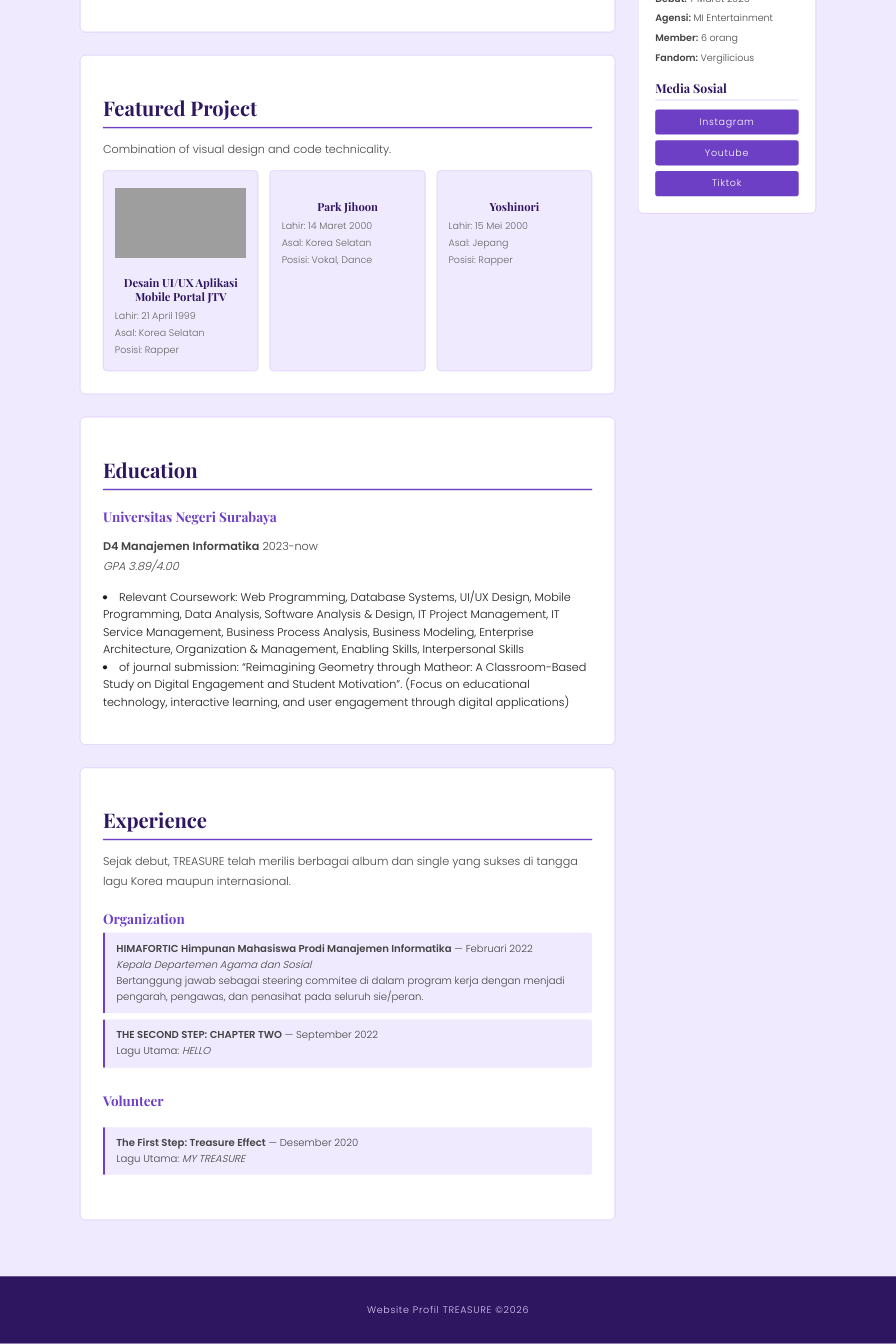
Repository: VergiMutiaRahmasyani/Website-Portofolio
Page: index.html
The author's editor kept a copy of each file at every save. The page is drawn from the files as they stood at one save, then again after the next save.
The browser window is 1280 px wide. The pictures show the part of the page from y = 755 to 2675 px (the page is 2675 px tall before and 2667 px after), at 70% of full size.
Pictures or frames that could not be fetched are drawn as grey boxes.

Above is the page before, as saved 2026-03-07 13:56:46.

### index.html
<!DOCTYPE html>
<html>
    <head>
        <meta charset="utf-8" />
        <meta name="viewport" content="width=device-width, initial-scale=1.0" />
        <title>Portofolio Vergi</title>

        <!-- My Own CSS -->
        <link rel="stylesheet" href="css/style.css" />

        <!-- Google Fonts -->
        <link rel="preconnect" href="https://fonts.googleapis.com">
        <link rel="preconnect" href="https://fonts.gstatic.com" crossorigin>
        <link href="https://fonts.googleapis.com/css2?family=Playfair+Display:wght@400;700&family=Poppins:wght@300;400;600&display=swap" rel="stylesheet">
    </head>

    <body>

        <!-- HEADER -->
        <header class="site-header">

            <!-- NAVBAR -->
            <div class="navbar">
                <nav class="nav-list">
                    <ul>
                        <li><a href="#About">About Me</a></li>
                        <li><a href="#Work">Work</a></li>
                        <li><a href="Project">Project</a></li>
                        <li><a href="#Education">Education</a></li>
                        <li><a href="Organization">Organization</a></li>
                        <li><a href="https://drive.google.com/file/d/13-ep7ykiG-k7d2KfzBZSPx55XoqW1qHe/view?usp=sharing" target="_blank"> Resume</a></li>
                    </ul>
                </nav>
            </div>

            <div class="hero">
                <div class="hero-overlay">
                    <h1>Welcome, <br> To My Portofolio!</h1>
                </div>
            </div>

        </header>

        <!-- MAIN -->
        <main>
            <div class="content-wrapper">
                <div id="content">
                    <article id="About">
                        <h2>About Me</h2>
                        <p>
                            Saya seorang mahasiswa semester 6 Program Studi Manajemen Informatika di Universitas Negeri Surabaya, yang memiliki rasa
                            ingin tahu dan semangat yang besar. Dengan memiliki peminatan pada UI/UX Design dan Web Development,
                            saya telah berpengalaman dalam menciptakan solusi digital yang user-friendly dan berdampak. Melalui
                            kombinasi hard skills dan soft skills yang saya miliki, saya siap untuk beradaptasi dan memberikan kontribusi
                            nyata pada setiap proyek yang dijalankan.
                        </p>
                    </article>

                    <article id="Project">
                        <h2>Featured Project</h2>
                        <p>
                            Combination of visual design and code technicality.
                        </p>

                        <div class="project-list">
                            <div class="project-card">
                                <img src="D:\STUPEN\celerates\SUBMISSION\Web Portofolio\img\portaljtv.png" alt="Portal JTV" class="project-img" />
                                <h3>Desain UI/UX Aplikasi Mobile Portal JTV</h3>
                                <p>Lahir: 21 April 1999</p>
                                <p>Asal: Korea Selatan</p>
                                <p>Posisi: Rapper</p>
                            </div>
                            <div class="project-card">
                                <h3>Park Jihoon</h3>
                                <p>Lahir: 14 Maret 2000</p>
                                <p>Asal: Korea Selatan</p>
                                <p>Posisi: Vokal, Dance</p>
                            </div>
                            <div class="project-card">
                                <h3>Yoshinori</h3>
                                <p>Lahir: 15 Mei 2000</p>
                                <p>Asal: Jepang</p>
                                <p>Posisi: Rapper</p>
                            </div>
                        </div>
                    </article>

                    <article >
                        <h2>Education</h2>
                        <h3>Universitas Negeri Surabaya</h3>
                        <p>
                            <strong>D4 Manajemen Informatika</strong>  2023-now
                            <br><em>GPA 3.89/4.00</em>
                            <br>
                        </p>
                        <p>
                            <li> Relevant Coursework: Web Programming, Database Systems, UI/UX Design, Mobile Programming, Data
                                Analysis, Software Analysis & Design, IT Project Management, IT Service Management, Business Process
                                Analysis, Business Modeling, Enterprise Architecture, Organization & Management, Enabling Skills,
                                Interpersonal Skills</li>
                            <li> of journal submission: “Reimagining Geometry through Matheor: A Classroom-Based Study on Digital
                                Engagement and Student Motivation”. (Focus on educational technology, interactive learning, and user
                                engagement through digital applications)</li>
                        </p>
                    </article>

                    <article id="pengalaman">
                        <h2>Experience</h2>
                        <p>
                            Sejak debut, TREASURE telah merilis berbagai album dan single yang sukses di tangga lagu Korea maupun internasional.
                        </p>

                        <h3> Organization </h3>
                        <ul class="pengalaman-list">
                            <li>
                                <strong>HIMAFORTIC Himpunan Mahasiswa Prodi Manajemen Informatika</strong> — Februari 2022
                                <br><em>Kepala Departemen Agama dan Sosial</em>
                                <br>Bertanggung jawab sebagai steering commitee di dalam program kerja dengan menjadi pengarah,
                                pengawas, dan penasihat  pada seluruh sie/peran.
                            </li>
                            <li>
                                <strong>THE SECOND STEP: CHAPTER TWO</strong> — September 2022
                                <br>Lagu Utama: <em>HELLO</em>
                            </li>


                        <h3>Volunteer</h3>
                        <ul class="pengalaman-list">
                            <li>
                                <strong>The First Step: Treasure Effect</strong> — Desember 2020
                                <br>Lagu Utama: <em>MY TREASURE</em>
                            </li>
                    </article>

                </div>

                <!-- ASIDE -->
                <aside>
                    <div class="aside-inner">
                        <h3>Info Singkat</h3>
                        <img src="img/vergi photo.jpeg" alt="Foto Vergi" class="aside-img" />
                        <ul class="aside-info">
                            <li><strong>Debut:</strong> 7 Maret 2026</li>
                            <li><strong>Agensi:</strong> MI Entertainment</li>
                            <li><strong>Member:</strong> 6 orang</li>
                            <li><strong>Fandom:</strong> Vergilicious</li>
                        </ul>

                        <h3>Media Sosial</h3>
                        <ul class="aside-social">
                            <li><a href="https://www.instagram.com/yg_treasure_official/" target="_blank">Instagram</a></li>
                            <li><a href="https://www.youtube.com/@TREASURE" target="_blank">Youtube</a></li>
                            <li><a href="https://tiktok.com/@yg_treasure_tiktok" target="_blank">Tiktok</a></li>
                        </ul>
                    </div>
                </aside>
            </div>

        </main>

        <!-- FOOTER -->
        <footer>
            <p>Website Profil TREASURE &copy;2026 </p>
        </footer>

    </body>
</html>

### css/style.css
*,
*::before,
*::after {
    box-sizing: border-box;
}

/* =====================
   PALET WARNA UNGU
   --ungu-gelap   : #2e1760  (navbar, footer)
   --ungu-utama   : #6c3fc5  (aksen utama)
   --ungu-sedang  : #9b6ee0  (hover, border)
   --ungu-muda    : #d8c8f5  (border ringan)
   --ungu-pucat   : #f0eaff  (background halaman)
   ===================== */

body {
    font-family: 'Poppins', sans-serif;
    font-weight: 300;
    background-color: #f0eaff;
    color: #1a1a1a;
    margin: 0;
}


/* =====================
   HEADER
   ===================== */

header.site-header {
    background-color: #2e1760;
    color: white;
}

/* NAVBAR */
header.site-header .navbar {
    padding: 1rem 2rem;
    position: fixed;
    top: 0;
    left: 0;
    right: 0;
    width: 100%;
    z-index: 999;
    background-color: #2e1760;
}

header.site-header .nav-list ul {
    list-style: none;
    padding: 0;
    margin: 0;

    display: flex;
    justify-content: center;
    gap: 2rem;
}

header.site-header .nav-list li a {
    text-decoration: none;
    color: #d8c8f5;
    font-size: 0.9rem;
    font-weight: 400;
    letter-spacing: 1px;
    transition: color 0.2s ease;
}

header.site-header .nav-list li a:hover {
    color: white;
}

/* HERO */
header.site-header .hero {
    position: relative;
    width: 100%;
    height: 370px;
    overflow: hidden;
    margin-top: 57px;
}

header.site-header .hero .hero-overlay {
    position: absolute;
    inset: 0;
    display: flex;
    align-items: center;
    justify-content: center;
}

header.site-header .hero .hero-overlay h1 {
    font-family: 'Playfair Display', serif;
    font-size: 5rem;
    letter-spacing: 10px;
    color: white;
    margin: 0;
    text-align: center;
}


/* =====================
   MAIN & LAYOUT
   ===================== */

main {
    max-width: 1100px;
    margin-inline: auto;
    padding: 2rem 1.5rem;
}

.content-wrapper {
    display: flex;
    gap: 2rem;
    align-items: flex-start;
}

#content {
    flex: 3;

    display: flex;
    flex-direction: column;
    gap: 2rem;
}


/* =====================
   ARTICLE
   ===================== */

article {
    background-color: white;
    border: 1px solid #d8c8f5;
    border-radius: 8px;
    padding: 2rem;
}

article h2 {
    font-family: 'Playfair Display', serif;
    font-size: 1.8rem;
    margin-bottom: 1rem;
    padding-bottom: 0.5rem;
    border-bottom: 2px solid #6c3fc5;
    color: #2e1760;
}

article h3 {
    font-family: 'Playfair Display', serif;
    font-size: 1.2rem;
    margin-top: 1.5rem;
    margin-bottom: 0.5rem;
    color: #6c3fc5;
}

article p {
    line-height: 1.8;
    margin-bottom: 1rem;
    color: #444;
}


/* =====================
   TABEL INFO
   ===================== */

.info-table {
    width: 100%;
    border-collapse: collapse;
    margin-top: 1.5rem;
}

.info-table th,
.info-table td {
    padding: 0.6rem 1rem;
    text-align: left;
    border-bottom: 1px solid #d8c8f5;
    font-size: 0.95rem;
}

.info-table th {
    width: 35%;
    font-weight: 600;
    color: #2e1760;
    background-color: #f0eaff;
}

.info-table td {
    color: #444;
}


/* =====================
   PROJECT CARDS
   ===================== */

.project-list {
    display: flex;
    flex-wrap: wrap;
    gap: 1rem;
    margin-top: 0.5rem;
}

.project-card {
    flex: 1 1 160px;
    background-color: #f0eaff;
    border: 1px solid #d8c8f5;
    border-radius: 6px;
    padding: 1rem;
}

.project-img {
    width: 100%;
    max-width: 250px;
    height: 100px;
    object-fit:cover;
    object-position: top;
    display: block;
    margin: 0.5rem auto 1rem auto;
    border-radius: 0px;
}

.project-card h3 {
    font-size: 1rem;
    margin-top: 0.5;
    margin-bottom: 0.5rem;
    text-align: center;
    color: #2e1760;
}

.project-card p {
    font-size: 0.85rem;
    color: #666;
    margin: 0.2rem 0;
    line-height: 1.5;
}


/* =====================
   ALBUM LIST
   ===================== */

.pengalaman-list {
    list-style: none;
    padding: 0;
    margin: 0.5rem 0 1rem 0;

    display: flex;
    flex-direction: column;
    gap: 0.6rem;
}

.pengalaman-list li {
    padding: 0.7rem 1rem;
    background-color: #f0eaff;
    border-left: 3px solid #6c3fc5;
    border-radius: 0 4px 4px 0;
    font-size: 0.9rem;
    color: #444;
    line-height: 1.6;
}


/* =====================
   ASIDE
   ===================== */

aside {
    flex: 1;
    position: sticky;
    top: 80px;
}

aside .aside-inner {
    background-color: white;
    border: 1px solid #d8c8f5;
    border-radius: 8px;
    padding: 1.5rem;
}

aside h3 {
    font-family: 'Playfair Display', serif;
    font-size: 1.1rem;
    margin-top: 1.2rem;
    margin-bottom: 0.8rem;
    padding-bottom: 0.4rem;
    border-bottom: 1px solid #d8c8f5;
    color: #2e1760;
}

aside h3:first-child {
    margin-top: 0;
}

.aside-img {
    width: 100%;
    max-width: 250px;
    height: 200px;
    object-fit: cover;
    object-position: center;
    display: block;
    margin: 0.5rem auto 1rem auto;
    border-radius: 100px;
}

.aside-info {
    list-style: none;
    padding: 0;
    margin: 0;

    display: flex;
    flex-direction: column;
    gap: 0.4rem;
}

.aside-info li {
    font-size: 0.85rem;
    color: #444;
    line-height: 1.6;
}

.aside-social {
    list-style: none;
    padding: 0;
    margin: 0;

    display: flex;
    flex-direction: column;
    gap: 0.5rem;
}

.aside-social li a {
    display: block;
    text-align: center;
    padding: 0.5rem;
    background-color: #6c3fc5;
    color: white;
    text-decoration: none;
    border-radius: 4px;
    font-size: 0.85rem;
    letter-spacing: 1px;
    transition: background-color 0.2s ease;
}

.aside-social li a:hover {
    background-color: #9b6ee0;
}


/* =====================
   FOOTER
   ===================== */

footer {
    background-color: #2e1760;
    color: #d8c8f5;
    text-align: center;
    padding: 1.5rem;
    margin-top: 3rem;
    font-size: 0.85rem;
    letter-spacing: 1px;
}


/* =====================
   RESPONSIVE
   ===================== */

@media screen and (max-width: 768px) {
    header.site-header .nav-list ul {
        flex-wrap: wrap;
        justify-content: center;
        gap: 0.8rem;
    }

    .content-wrapper {
        flex-direction: column;
    }

    aside {
        position: static;
        width: 100%;
    }

    .project-card {
        flex: 1 1 130px;
    }
}

After the next save:
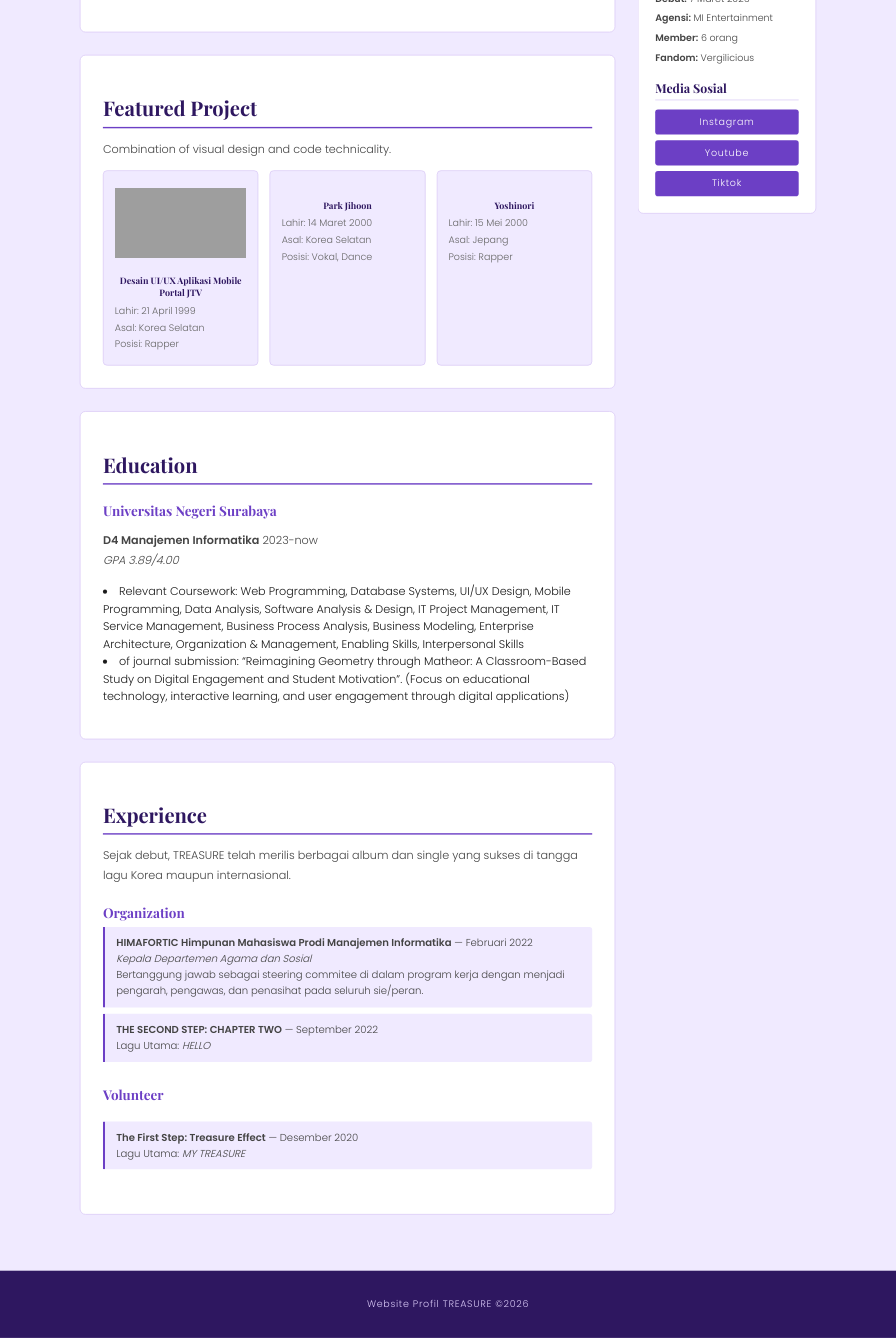
Saved 25 s later.
--- a/css/style.css
+++ b/css/style.css
@@ -214,7 +214,7 @@ article p {
 }
 
 .project-card h3 {
-    font-size: 1rem;
+    font-size: 0.8rem;
     margin-top: 0.5;
     margin-bottom: 0.5rem;
     text-align: center;
